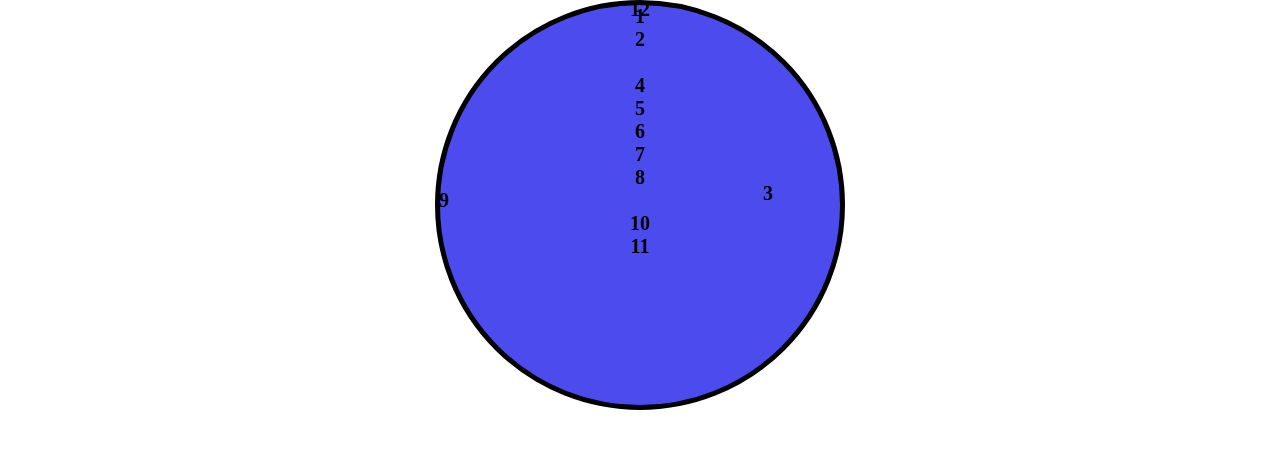
Repository: Eugene44-hub/Analog-clock
Page: index.html
The author's editor kept a copy of each file at every save. The page is drawn from the files as they stood at one save, then again after a run of saves.
The browser window is 1280 px wide. The pictures show the whole page.

Above is the page before, as saved 2021-09-03 21:32:32.

### index.html
<!DOCTYPE html>
<html lang="en">

<head>
    <meta charset="UTF-8">
    <meta http-equiv="X-UA-Compatible" content="IE=edge">
    <meta name="viewport" content="width=device-width, initial-scale=1.0">
    <title>Document</title>
    <link rel="stylesheet" href="style.css">
</head>

<body>
    <div class="clock">
        <div class="num1">1</div>
        <div class="num2">2</div>
        <div class="num3">3</div>
        <div class="num4">4</div>
        <div class="num5">5</div>
        <div class="num6">6</div>
        <div class="num7">7</div>
        <div class="num8">8</div>
        <div class="num9">9</div>
        <div class="num10">10</div>
        <div class="num11">11</div>
        <div class="num12">12</div>
    </div>
</body>

</html>

### style.css
* {
    padding: 0;
    margin: 0;
}

.clock {
    background-color: rgb(75, 75, 238);
    width: 400px;
    height: 400px;
    margin: auto;
    border-radius: 50%;
    border: 5px solid black;
    text-align: center;
    font-weight: bold;
    font-family: cursive;
    font-size: 20px;
}

.num1 {}

.num2 {}

.num3 {
    transform: translate(32%, 570%);
}

.num4 {}

.num5 {}

.num6 {}

.num7 {}

.num8 {}

.num9 {
    transform: translate(-49%);
}

.num10 {}

.num11 {}

.num12 {
    transform: translate(0, -1130%);
}

After the next 3 saves:
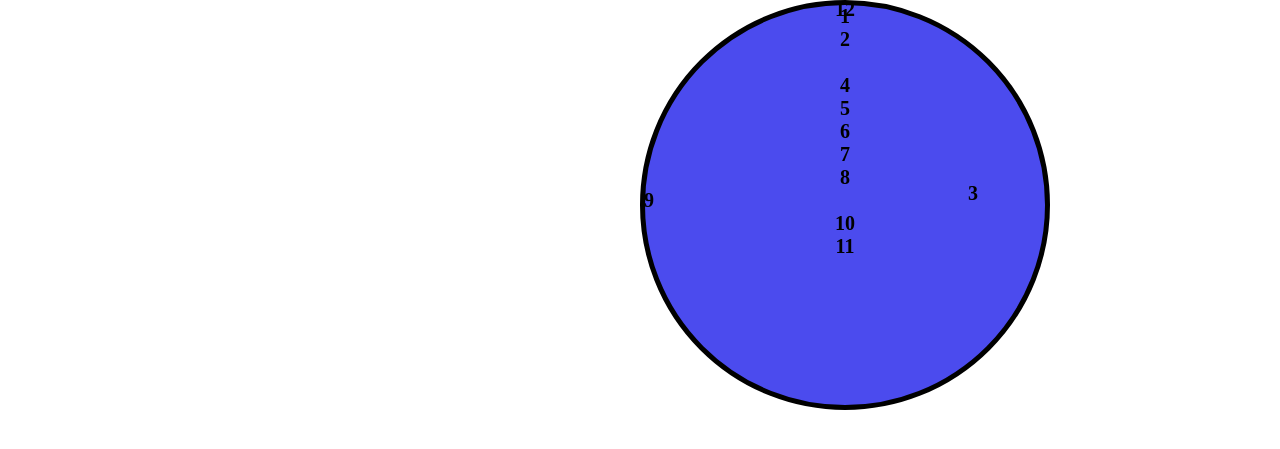
The 3 saves are shown as one change because they came seconds apart.
The last was saved 47 s later.
--- a/style.css
+++ b/style.css
@@ -14,6 +14,7 @@
     font-weight: bold;
     font-family: cursive;
     font-size: 20px;
+    transform: translate(50%);
 }
 
 .num1 {}

After the save that followed:
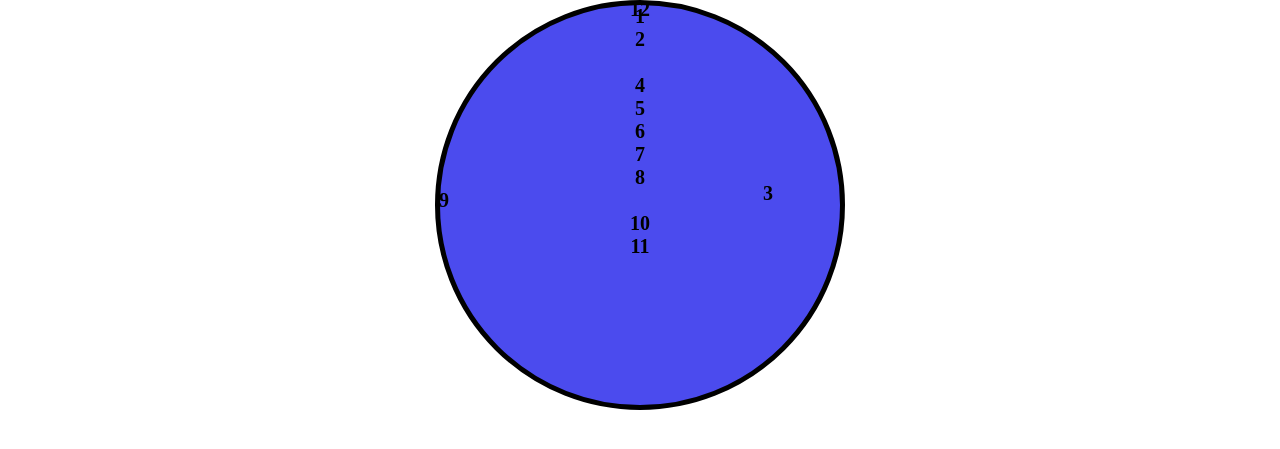
Saved 6 s later.
--- a/style.css
+++ b/style.css
@@ -14,7 +14,7 @@
     font-weight: bold;
     font-family: cursive;
     font-size: 20px;
-    transform: translate(50%);
+    transform: translate(0);
 }
 
 .num1 {}
